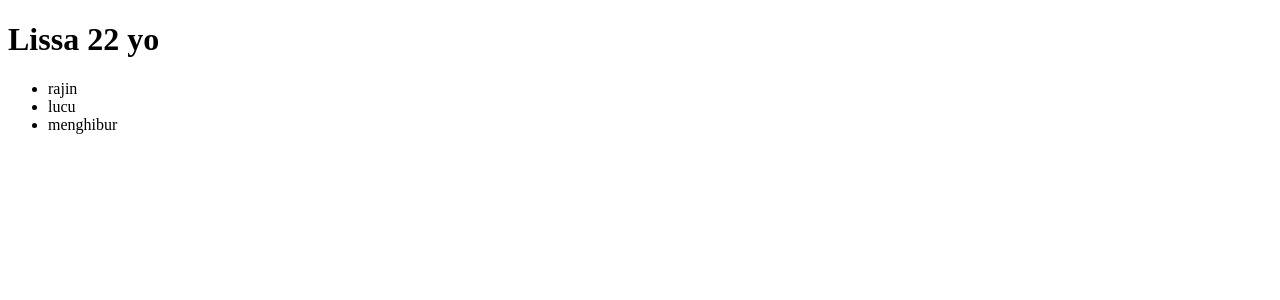
Repository: vincentdwi07/fufuk_lissa
Page: index.html
An editor plug-in stored every save of this project. The page is shown before and after the next save, followed by the edit.
The browser window is 1280 px wide. The pictures show the whole page.

Above is the page before, as saved 2025-08-30 20:10:35.

### index.html
<!DOCTYPE html>
<html lang="en">
<head>
    <meta charset="UTF-8">
    <meta name="viewport" content="width=device-width, initial-scale=1.0">
    <title>Document Lissa</title>
</head>
<body>
    <h1>Lissa 22 yo</h1>
    <ul>
        <li>rajin</li>
        <li>lucu</li>
        <li>menghibur</li>
    </ul>

</body>
</html>

After the next save:
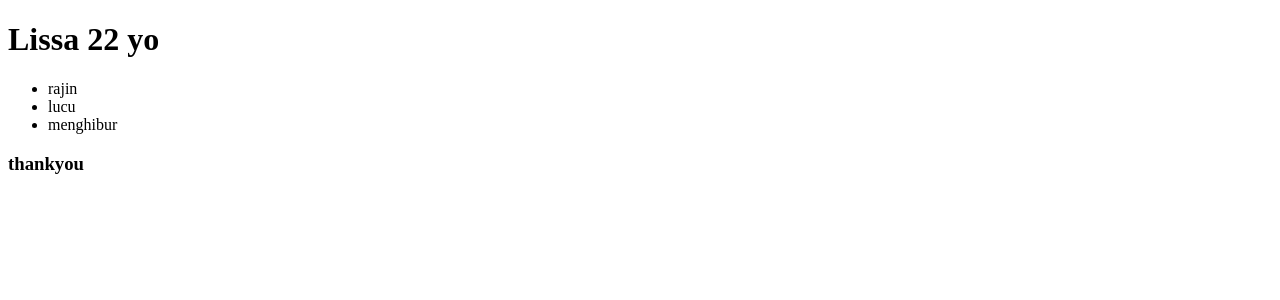
Saved 7 s later.
--- a/index.html
+++ b/index.html
@@ -12,6 +12,6 @@
         <li>lucu</li>
         <li>menghibur</li>
     </ul>
-
+    <h3>thankyou</h3>
 </body>
 </html>
